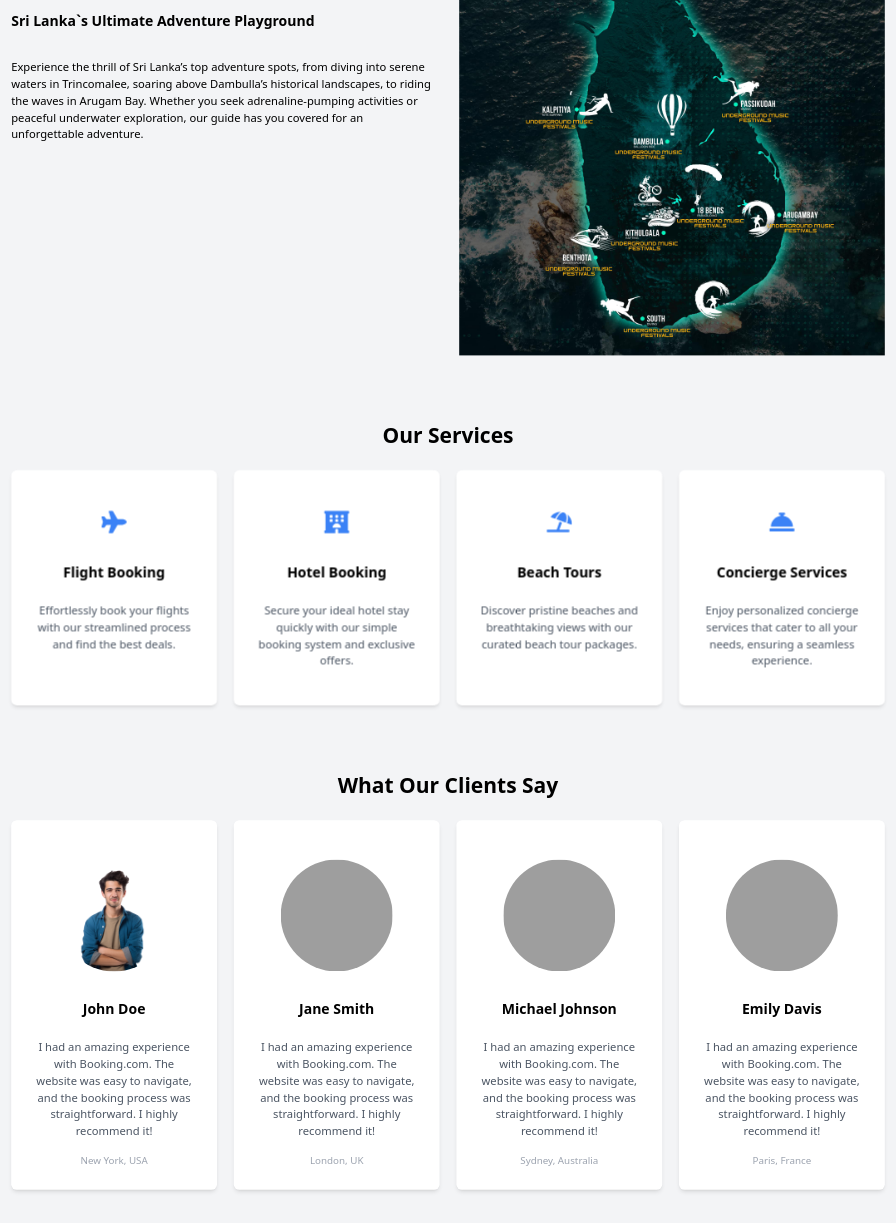
Repository: thisara199/Travel-Agency-Website
Page: /
These files come from the project's save history. The page is drawn as it stood at one moment and after the next save; the edit follows.
The browser window is 1280 px wide. The pictures show the part of the page from y = 1384 to 3304 px (the page is 3132 px tall before and 3476 px after), at 70% of full size.
Pictures or frames that could not be fetched are drawn as grey boxes. The project was rebuilt for these pictures with package versions that can differ from the ones it lists, and the page was loaded fresh each time. Also part of the build but not shown: vite.config.js.

Above is the page before, as saved 2024-09-04 07:15:03.

After the next save:
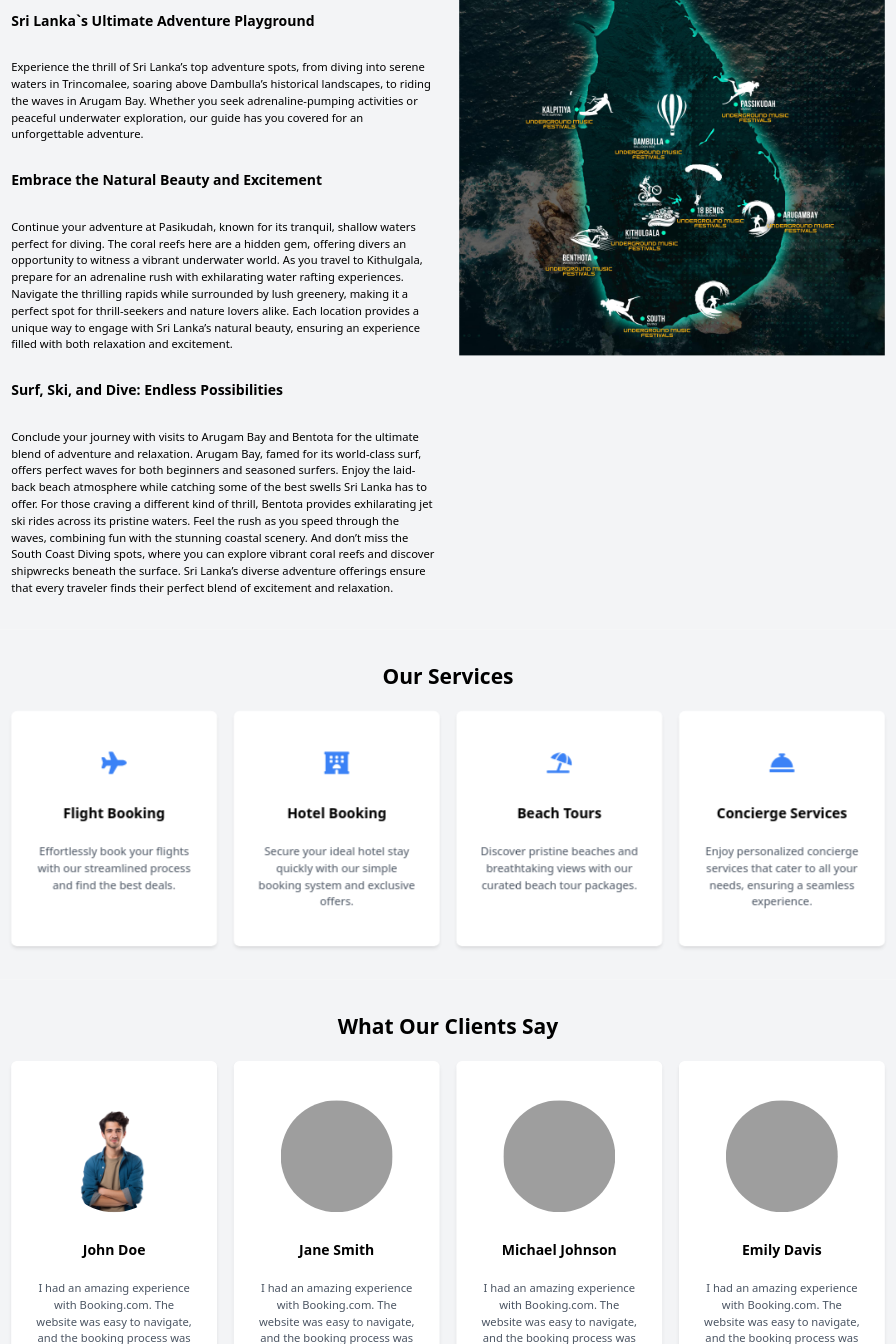
Saved 2 min 54 s later.
--- a/src/components/Banner/Banner.jsx
+++ b/src/components/Banner/Banner.jsx
@@ -10,6 +10,10 @@ const Banner1 = () => {
            <h1 className='text-3xl font-bold '>Find your favorite location</h1>
            <h2 className='mt-0 text-xl font-semibold lg:mt-10'>Sri Lanka`s Ultimate Adventure Playground</h2>
            <p className='mt-0 lg:mt-10'>Experience the thrill of Sri Lanka’s top adventure spots, from diving into serene waters in Trincomalee, soaring above Dambulla’s historical landscapes, to riding the waves in Arugam Bay. Whether you seek adrenaline-pumping activities or peaceful underwater exploration, our guide has you covered for an unforgettable adventure.</p>
+           <h2 className='mt-0 text-xl font-semibold lg:mt-10'>Embrace the Natural Beauty and Excitement</h2>
+           <p className='mt-0 lg:mt-10'>Continue your adventure at Pasikudah, known for its tranquil, shallow waters perfect for diving. The coral reefs here are a hidden gem, offering divers an opportunity to witness a vibrant underwater world. As you travel to Kithulgala, prepare for an adrenaline rush with exhilarating water rafting experiences. Navigate the thrilling rapids while surrounded by lush greenery, making it a perfect spot for thrill-seekers and nature lovers alike. Each location provides a unique way to engage with Sri Lanka’s natural beauty, ensuring an experience filled with both relaxation and excitement.</p>
+           <h2 className='mt-0 text-xl font-semibold lg:mt-10'>Surf, Ski, and Dive: Endless Possibilities</h2>
+           <p className='mt-0 lg:mt-10'>Conclude your journey with visits to Arugam Bay and Bentota for the ultimate blend of adventure and relaxation. Arugam Bay, famed for its world-class surf, offers perfect waves for both beginners and seasoned surfers. Enjoy the laid-back beach atmosphere while catching some of the best swells Sri Lanka has to offer. For those craving a different kind of thrill, Bentota provides exhilarating jet ski rides across its pristine waters. Feel the rush as you speed through the waves, combining fun with the stunning coastal scenery. And don’t miss the South Coast Diving spots, where you can explore vibrant coral reefs and discover shipwrecks beneath the surface. Sri Lanka’s diverse adventure offerings ensure that every traveler finds their perfect blend of excitement and relaxation.</p>
           </div>
           <div>
             <img src={Banner} alt="Favorite location banner" className="w-full h-auto" />
